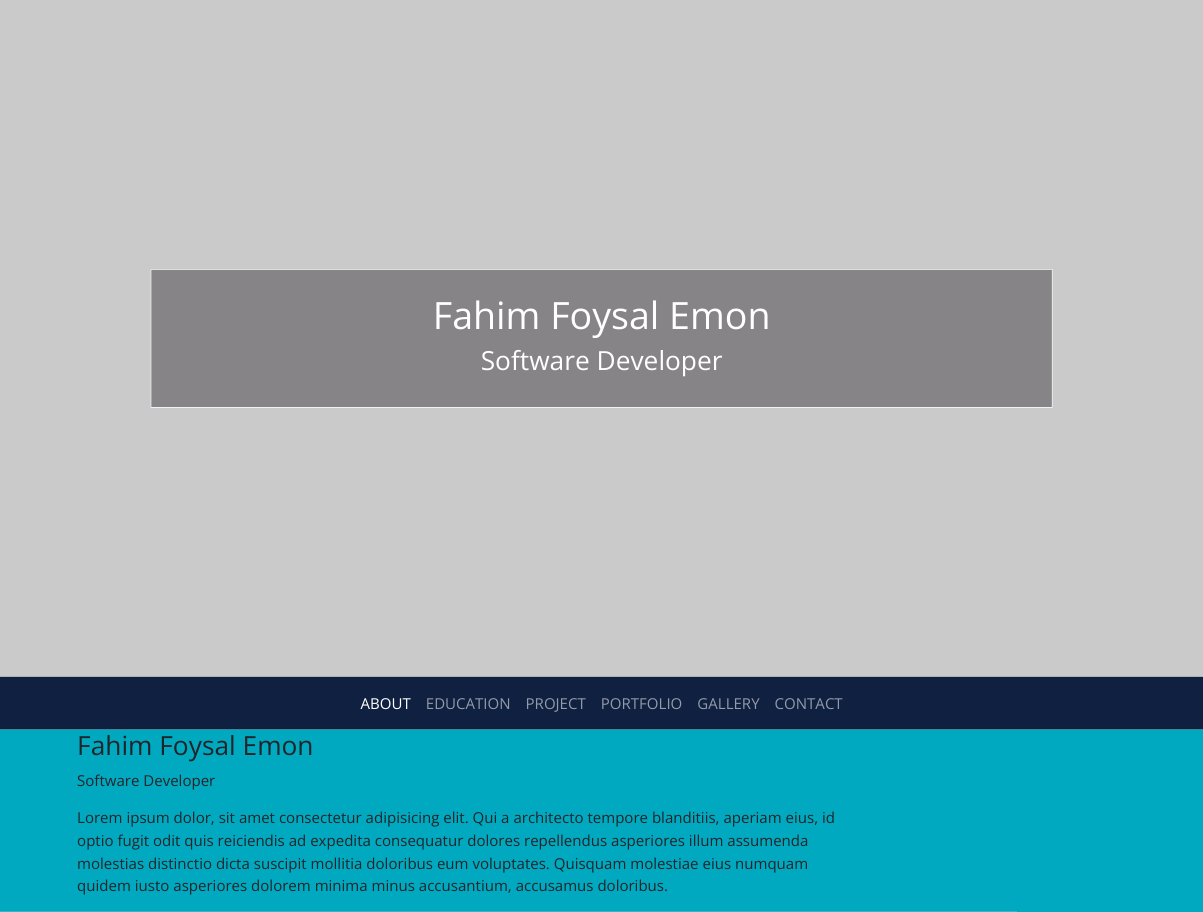
Repository: emowzz/emowzz.github.io
Page: index.html
The author's editor kept a copy of each file at every save. The page is drawn from the files as they stood at one save, then again after the next save.
The browser window is 1280 px wide. The pictures show the whole page, at 94% of full size.
Some web libraries are served in a nearby version.

Above is the page before, as saved 2021-03-17 18:02:06.

### index.html
<!doctype html>
<html lang="en">

<head>
  <!-- Required meta tags -->
  <meta charset="utf-8">
  <meta name="viewport" content="width=device-width, initial-scale=1">
  <link rel="shortcut icon" type="image/png" href="./Image/myImgZoom.jpg">
  <!-- Bootstrap CSS -->
  <link href="https://cdn.jsdelivr.net/npm/bootstrap@5.0.0-beta2/dist/css/bootstrap.min.css" rel="stylesheet"
    integrity="sha384-BmbxuPwQa2lc/FVzBcNJ7UAyJxM6wuqIj61tLrc4wSX0szH/Ev+nYRRuWlolflfl" crossorigin="anonymous">
  <link rel="preconnect" href="https://fonts.gstatic.com">
  <link href="https://fonts.googleapis.com/css2?family=Open+Sans:wght@300&display=swap" rel="stylesheet">
  <link rel="stylesheet" href="./CSS/style.css">


  <title>Hi There, I'm Fahim Foysal Emon!</title>

  <script src="https://kit.fontawesome.com/a076d05399.js" crossorigin="anonymous"></script>
</head>

<body>

  <!-- this is banner section -->
  <section class="banner-container container-fluid">
    <div class="row vh-100">
      <div class="col-md-9 banner-column m-auto text-center text-white p-4 border border-light">
        <h1 class="display:4 font-weight:bolder">Fahim Foysal Emon</h1>
        <h3>Software Developer</h3>
      </div>
    </div>
  </section>

  <!-- this is nav-bar section -->
  <nav class="navbar navbar-expand-lg navbar-dark navbar-container">
    <div class="container-fluid">
      <button class="navbar-toggler" type="button" data-bs-toggle="collapse" data-bs-target="#navbarSupportedContent"
        aria-controls="navbarSupportedContent" aria-expanded="false" aria-label="Toggle navigation">
        <span class="navbar-toggler-icon"></span>
      </button>
      <div class="collapse navbar-collapse" id="navbarSupportedContent">
        <ul class="navbar-nav m-auto mb-2 mb-lg-0">
          <li class="nav-item">
            <a class="nav-link active" aria-current="page" href="#About">ABOUT</a>
          </li>
          <li class="nav-item">
            <a class="nav-link" href="#Education">EDUCATION</a>
          </li>
          <li class="nav-item">
            <a class="nav-link" href="#Project">PROJECT</a>
          </li>
          <li class="nav-item">
            <a class="nav-link" href="#Portfolio">PORTFOLIO</a>
          </li>
          <li class="nav-item">
            <a class="nav-link" href="#Gallery">GALLERY</a>
          </li>
          <li class="nav-item">
            <a class="nav-link" href="#Contact">CONTACT</a>
          </li>
        </ul>
      </div>
    </div>
  </nav>

  <!-- this is about section -->
  <div class="about-container">
    <div class="container">
      <div class="row">
        <div class="col-md-9">
          <h3>Fahim Foysal Emon</h3>
          <p>Software Developer</p>
          <p>Lorem ipsum dolor, sit amet consectetur adipisicing elit. Qui a architecto tempore blanditiis, aperiam
            eius, id optio fugit odit quis reiciendis ad expedita consequatur dolores repellendus asperiores illum
            assumenda molestias distinctio dicta suscipit mollitia doloribus eum voluptates. Quisquam molestiae eius
            numquam quidem iusto asperiores dolorem minima minus accusantium, accusamus doloribus.</p>
        </div>

        <div class="col-md-3">

        </div>
      </div>
    </div>
  </div>

  <!-- Optional JavaScript; choose one of the two! -->

  <!-- Option 1: Bootstrap Bundle with Popper -->
  <script src="https://cdn.jsdelivr.net/npm/bootstrap@5.0.0-beta2/dist/js/bootstrap.bundle.min.js"
    integrity="sha384-b5kHyXgcpbZJO/tY9Ul7kGkf1S0CWuKcCD38l8YkeH8z8QjE0GmW1gYU5S9FOnJ0"
    crossorigin="anonymous"></script>

  <!-- Option 2: Separate Popper and Bootstrap JS -->
  <!--
    <script src="https://cdn.jsdelivr.net/npm/@popperjs/core@2.6.0/dist/umd/popper.min.js" integrity="sha384-KsvD1yqQ1/1+IA7gi3P0tyJcT3vR+NdBTt13hSJ2lnve8agRGXTTyNaBYmCR/Nwi" crossorigin="anonymous"></script>
    <script src="https://cdn.jsdelivr.net/npm/bootstrap@5.0.0-beta2/dist/js/bootstrap.min.js" integrity="sha384-nsg8ua9HAw1y0W1btsyWgBklPnCUAFLuTMS2G72MMONqmOymq585AcH49TLBQObG" crossorigin="anonymous"></script>
    -->
</body>

</html>

### CSS/style.css
body {
    font-family: 'Open Sans', sans-serif;
}


.banner-container {
    background-color: #CACACA;
}

.banner-column {
    background-color: #868486;
}

.navbar-container {
    background-color: #102040;
}

.about-container {
    background-color: #00A9C0;
}

After the next save:
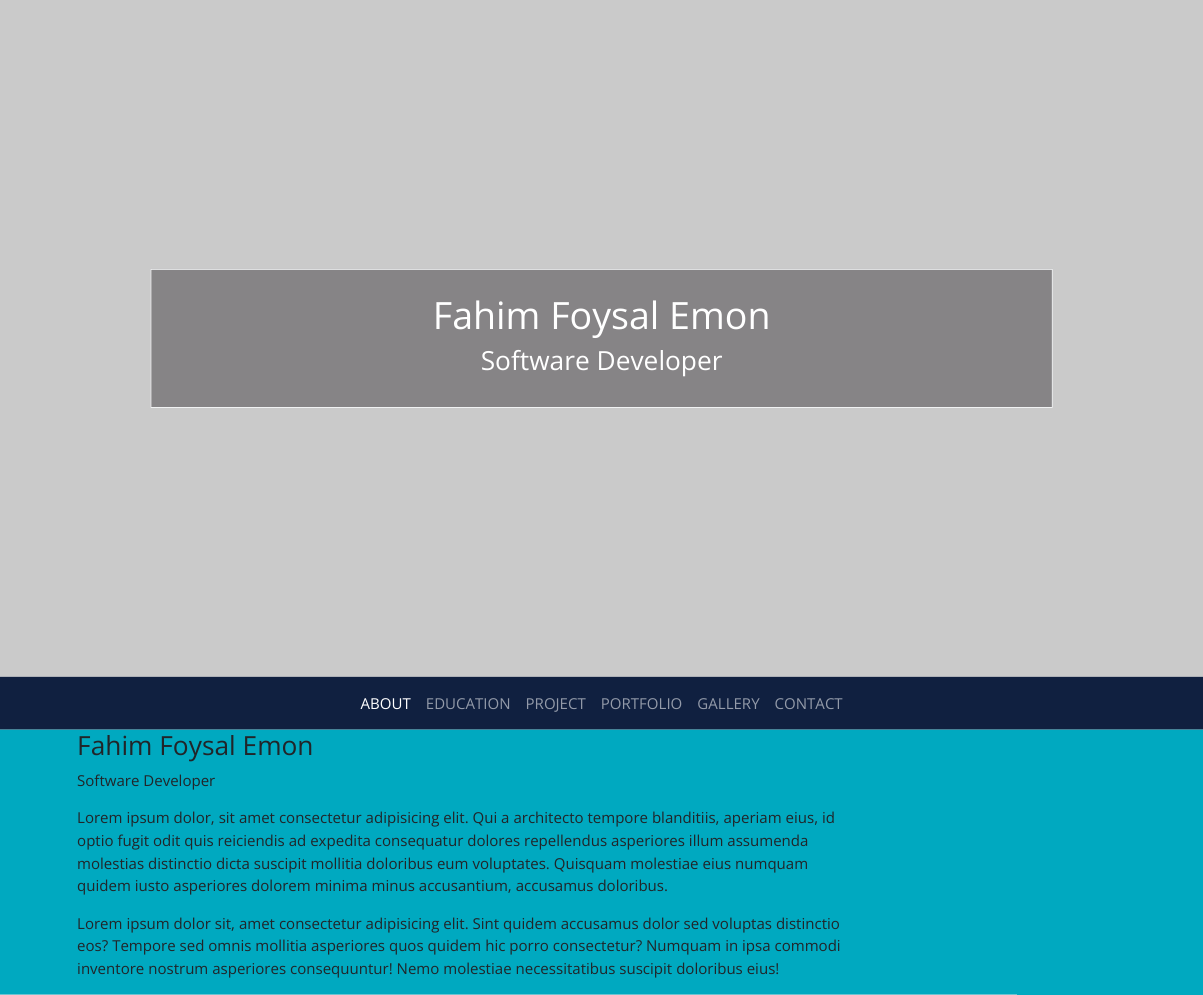
Saved 35 s later.
--- a/index.html
+++ b/index.html
@@ -74,6 +74,10 @@
             eius, id optio fugit odit quis reiciendis ad expedita consequatur dolores repellendus asperiores illum
             assumenda molestias distinctio dicta suscipit mollitia doloribus eum voluptates. Quisquam molestiae eius
             numquam quidem iusto asperiores dolorem minima minus accusantium, accusamus doloribus.</p>
+          <p>Lorem ipsum dolor sit, amet consectetur adipisicing elit. Sint quidem accusamus dolor sed voluptas
+            distinctio eos? Tempore sed omnis mollitia asperiores quos quidem hic porro consectetur? Numquam in ipsa
+            commodi inventore nostrum asperiores consequuntur! Nemo molestiae necessitatibus suscipit doloribus eius!
+          </p>
         </div>
 
         <div class="col-md-3">
